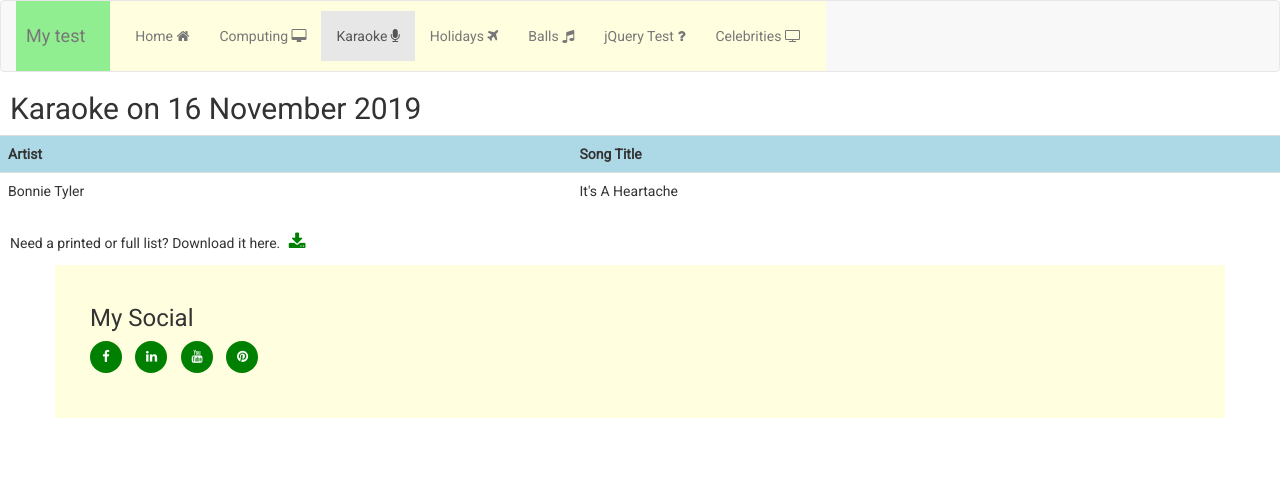
Repository: derektypist/bootstrap
Page: karaoke.html
The author's editor kept a record of every edit. The page is drawn from the files as they stood at one moment, then again after the next edit.
The browser window is 1280 px wide. The pictures show the whole page.

Above is the page before.

After the next edit:
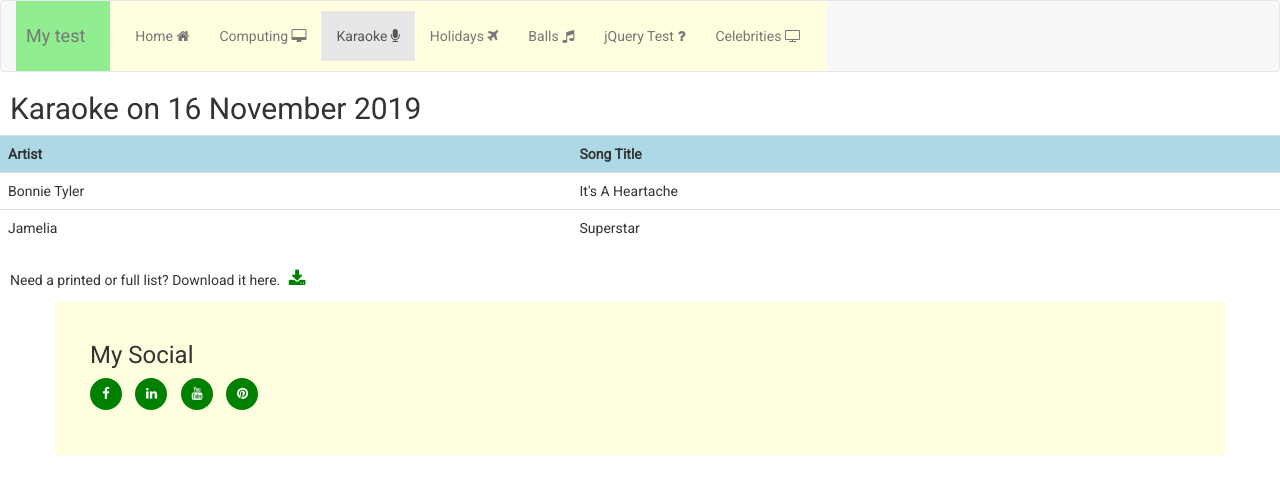
The edit:
--- a/karaoke.html
+++ b/karaoke.html
@@ -47,7 +47,10 @@
                     <td>It's A Heartache</td>
                 </tr>
 
-
+                <tr>
+                    <td>Jamelia</td>
+                    <td>Superstar</td>
+                </tr>
 
                 </table>
         </div>
